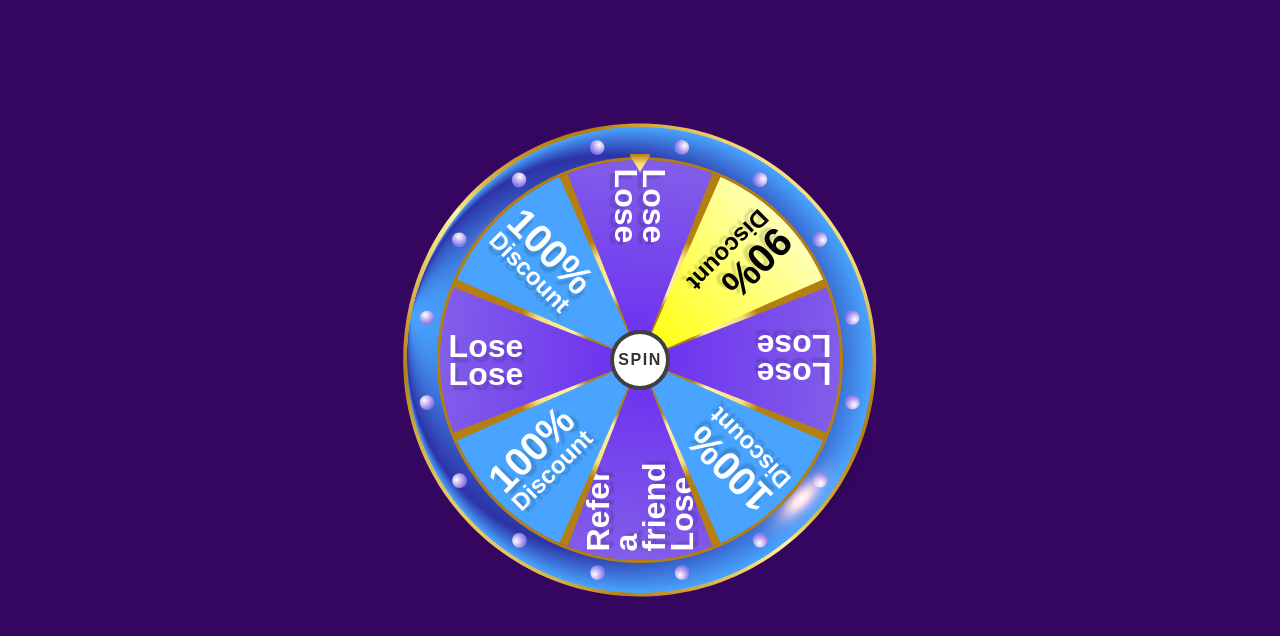
Repository: Jacques-Jaki-Morkel/FundedMarketplace_WheelofFortune
Page: index.html
These files come from the project's save history. The page is drawn as it stood at one moment and after the next save; the edit follows.
The browser window is 1280 px wide. The pictures show the whole page.

Above is the page before, as saved 2025-08-14 14:23:39.

### index.html
<!DOCTYPE html>
<html lang="en">

<head>
    <meta charset="UTF-8">
    <meta name="viewport" content="width=device-width, initial-scale=1.0">
    <title>Wheel of Fortune - Funded Marketplace</title>
    <link rel="stylesheet" href="styles.css">
</head>

<body>
    <div class="container">
        <div class="spinBtn">
            SPIN
        </div>
        <img class="wheel-frame" src="assets/rings.svg" alt="wheel rings">
        <div class="wheel">
            <div class="number" style=" --i:1 ;">
                <span>
                    <div class="sliceTextGroup">
                        <h2 class="mediumSliceText">Lose</h2>
                        <h3 class="mediumSliceText">Lose</h3>
                    </div>
                </span>
            </div>
            <div class="number" style=" --i:2 ;--clr2: linear-gradient(var(--angle), white, yellow);">
                <span class="ulitmatePrize">
                    <div class="sliceTextGroup">
                        <h2 class="largeSliceText">90%</h2>
                        <h3 class="smallSliceText">Discount</h3>
                    </div>
                </span>
            </div>
            <div class="number" style=" --i:3 ;">
                <span>
                    <div class="sliceTextGroup">
                        <h2 class="mediumSliceText">Lose</h2>
                        <h3 class="mediumSliceText">Lose</h3>
                    </div>
                </span>
            </div>
            <div class="number"
                style=" --i:4 ;--clr2: linear-gradient(var(--angle), #8b72e7 0%, #48a4ff 7%, #48a4ff 89%,  #3638ad 100%);">
                <span>
                    <div class="sliceTextGroup">
                        <h2 class="largeSliceText">100%</h2>
                        <h3 class="smallSliceText">Discount</h3>
                    </div>
                </span>

            </div>
            <div class="number" style=" --i:5 ;">
                <span>
                    <div class="sliceTextGroup">
                        <h2 class="mediumSliceText">Refer a friend</h2>
                        <h3 class="mediumSliceText">Lose</h3>
                    </div>
                </span>

            </div>
            <div class="number"
                style=" --i:6 ;--clr2: linear-gradient(var(--angle), #8b72e7 0%, #48a4ff 7%, #48a4ff 89%,  #3638ad 100%);">
                <span>
                    <div class="sliceTextGroup">
                        <h2 class="largeSliceText">100%</h2>
                        <h3 class="smallSliceText">Discount</h3>
                    </div>
                </span>

            </div>
            <div class="number" style=" --i:7 ;">
                <span>
                    <div class="sliceTextGroup">
                        <h2 class="mediumSliceText">Lose</h2>
                        <h3 class="mediumSliceText">Lose</h3>
                    </div>
                </span>

            </div>
            <div class="number"
                style=" --i:8 ;--clr2: linear-gradient(var(--angle), #8b72e7 0%, #48a4ff 7%, #48a4ff 89%,  #3638ad 100%);">
                <span>
                    <div class="sliceTextGroup">
                        <h2 class="largeSliceText">100%</h2>
                        <h3 class="smallSliceText">Discount</h3>
                    </div>
                </span>

            </div>
        </div>
        <div>
            <script src="script.js"></script>
</body>

</html>

### styles.css
* {
    margin: 0;
    padding: 0;
    box-sizing: border-box;
    font-family: 'Poppins', sans-serif;
}

body {
    display: flex;
    justify-content: center;
    align-items: center;
    min-height: 100vh;
    background: rgb(52, 6, 96);
}

.container {
    position: relative;
    width: 400px;
    height: 400px;
    display: flex;
    justify-content: center;
    align-items: center;
}

.container .spinBtn {
    position: absolute;
    width: 60px;
    height: 60px;
    background: #fff;
    border-radius: 50%;
    z-index: 10;
    display: flex;
    justify-content: center;
    align-items: center;
    text-transform: uppercase;
    font-weight: 600;
    color: #333;
    letter-spacing: 0.1em;
    border: 4px solid rgba(0, 0, 0, 0.75);
    cursor: pointer;
    user-select: none;
}

.container .spinBtn::before {
    content: '';
    position: absolute;
    top: -180px;
    width: 20px;
    transform: rotate(180DEG);
    height: 30px;
    background: linear-gradient(#b57e10  ,#fff3a6 , #f9df7b , #b57e10 );
    clip-path: polygon(50% 40%, -5% 100%, 105% 100%);
}

.container .wheel {
    position: absolute;
    top: 50%;
    left: 50%;
    width: 100%;
    height: 100%;
    inset: 0;
    border-radius: 50%;
    overflow: hidden; /* keeps slices inside the wheel */
    z-index: 2; /* above frame */
    background: radial-gradient(#b57e10 20%, #fff3a6 25%, #f9df7b 39%, #b57e10 45%);
     box-shadow: 0 0 0 3px rgba(181, 126, 16, 1)


}

.wheel-frame {
    position: absolute;
    top: 50%;
    left: 50%;
    width: 170%; /* bigger than wheel */
    height: 170%;
    transform: translate(-50%, -50%);
    z-index: 1; /* behind the wheel */
    pointer-events: none; /* allows clicking wheel slices */
}


.container .wheel .number {
    position: absolute;
    width: 50%;
    height: 50%;
    background:var(--clr2, linear-gradient(var(--angle), #8b72e7, #6b2df0));
    --angle: 140deg;
    transform-origin: bottom right;
    transform: rotate(calc(45deg * var(--i)));
    clip-path: polygon(0 0, 56% 0, 100% 100%, 0 56%);
    display: flex;
    justify-content: center;
    align-items: center;
    user-select: none;
    cursor: pointer;
}

.container .wheel .number span {
    position: relative;
    transform: rotate(45deg);
    color: #fff;
    font-size: 2em;
    font-weight: 700;
    text-shadow: 3px 5px 2px rgba(0, 0, 0, 0.15);
}
.ulitmatePrize{
    position: relative;
    transform: rotate(45deg);
    color: #000 !important;
    font-size: 2em;
    font-weight: 700;
    text-shadow: 3px 5px 2px rgba(0, 0, 0, 0.15);
}
.sliceTextGroup {
    display: flex;
    width: 100px;
    flex-direction: column;
    align-items: flex-start;

}
.smallSliceText {
    font-size: 0.75em;
}
.largeSliceText {
    font-size: 1.25em;
   line-height: 32px;
}
.mediumSliceText {
    font-size: 1em;
    line-height: 28px;

}

/* .container .wheel .number span::after {
    content: '$';
    padding-left: 5px;
    position: absolute;
    font-size: 0.75em;
    font-weight: 500;
} */

### script.js
const wheel = document.querySelector('.wheel');
const spinButton = document.querySelector('.spinBtn');
const value = Math.ceil(Math.random() * 360);

spinButton.addEventListener('click', () => {
    const rotations = Math.max(Math.random() * 100, 15); // Ensure at least 15 full rotations
    const randomDegree = Math.floor(Math.random() * (360*rotations)) + 720; // Ensure at least two full rotations
    const finalDegree = value + randomDegree;

    wheel.style.transition = 'transform 5s ease-in-out';
    wheel.style.transform = `rotate(${finalDegree}deg)`;

//     spin styles
//     cubic-bezier(0.33, 1, 0.68, 1)
})

After the next save:
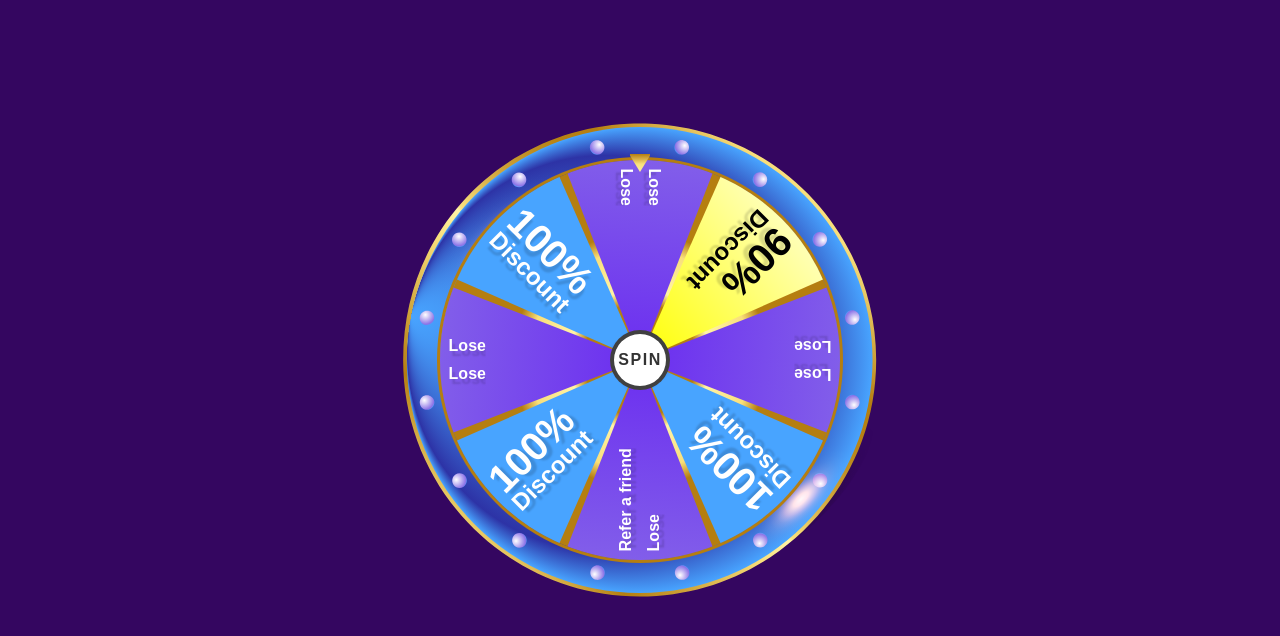
Saved 2 min 13 s later.
--- a/styles.css
+++ b/styles.css
@@ -117,7 +117,6 @@ body {
     width: 100px;
     flex-direction: column;
     align-items: flex-start;
-
 }
 .smallSliceText {
     font-size: 0.75em;
@@ -127,10 +126,13 @@ body {
    line-height: 32px;
 }
 .mediumSliceText {
-    font-size: 1em;
+    font-size: 0.5em;
     line-height: 28px;
+    white-space: nowrap;       /* prevents wrapping / ignores line breaks */
+    overflow: hidden;          /* hides overflow */
+    text-overflow: clip;       /* just clips overflowing text */
+}
 
-}
 
 /* .container .wheel .number span::after {
     content: '$';
